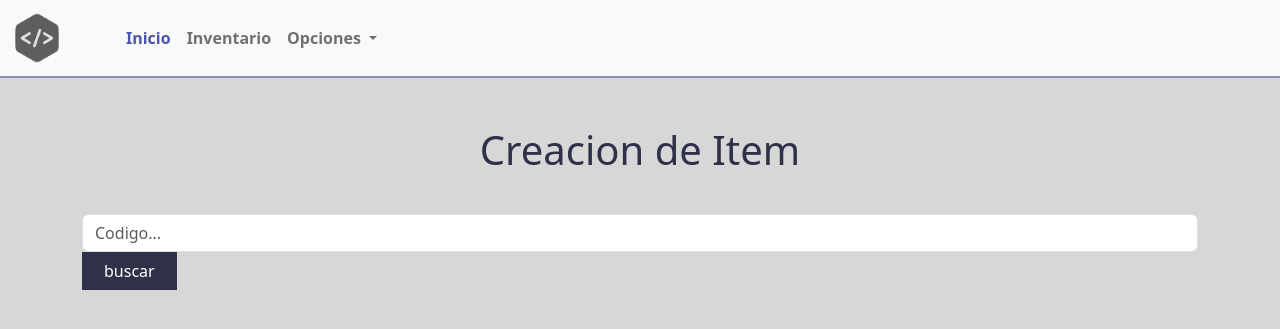
Repository: ingandresmolero/AdministrativoBarber
Page: http://localhost/views/operacion/add_stock.php
These files come from the project's save history. The page is drawn as it stood at one moment and after the next save; the edit follows.
The browser window is 1280 px wide. The pictures show the whole page.
The page is run by PHP 8.4 with error messages shown; the project is at /var/www/html/. The session is filled in as if someone had signed in: {"username": 1, "rol": "master"}. Other server files are loaded and not shown. Style sheets and scripts are compiled from the project's sources, by tool versions that may differ from the author's.

Above is the page before, as saved 2023-05-14 19:00:28.

### NEW/views/operacion/add_stock.php
<?php
include("../../php/functions/validar.php");
include("../../php/dbconn.php");


?>
<!DOCTYPE html>
<html lang="en">

<head>
    <meta charset="UTF-8">
    <meta http-equiv="X-UA-Compatible" content="IE=edge">
    <meta name="viewport" content="width=device-width, initial-scale=1.0">
    <link href="https://cdn.jsdelivr.net/npm/bootstrap@5.3.0-alpha3/dist/css/bootstrap.min.css" rel="stylesheet" integrity="sha384-KK94CHFLLe+nY2dmCWGMq91rCGa5gtU4mk92HdvYe+M/SXH301p5ILy+dN9+nJOZ" crossorigin="anonymous">
    <link rel="icon" type="image/x-icon" href="../../img/favicon.png">
    <link rel="stylesheet" href="../../css/styles.min.css">
    <title>Crear Item</title>

</head>

<body>
    <?php include("../assets/headersintasa.php"); ?>

    <main>
        <div class="container" id="prueba1">
            <h1 class="page-heading">Creacion de Item</h1>
            <form action="" method="post" class="form-style-1">
                <div class="flex-element">

                    <div class="flex-item">
                        <input type="tex" class="form-control" name="codigo" id="" placeholder="Codigo...">
                    </div>
                    <div class="flex-item">
                        <input type="submit" class="btn-style-1" id="buscar" value="buscar" name="buscar">
                    </div>
                </div>

            </form>
            <?php include("../operacion/consultacodigocrear.php");

            ?>
        </div>

    </main>
</body>

<script src="https://cdn.jsdelivr.net/npm/bootstrap@5.3.0-alpha3/dist/js/bootstrap.bundle.min.js" integrity="sha384-ENjdO4Dr2bkBIFxQpeoTz1HIcje39Wm4jDKdf19U8gI4ddQ3GYNS7NTKfAdVQSZe" crossorigin="anonymous">

</script>

<script>
    // let boton = document.getElementById("buscar");
    // boton.addEventListener("click",function(){
    //     document.getElementById("prueba1").setAttribute("class"," visually-hidden");
    // });
</script>

### NEW/php/functions/validar.php
<?php
session_start();
if (!isset($_SESSION['username'])) {
      session_destroy();
    header('location: ../index.php');
}

?>

### NEW/php/dbconn.php
<?php
try{
    $user = "root";
    $passw = "";
    $conn=new PDO("mysql:host=localhost;dbname=gestionsys",$user,$passw);

}catch(PDOException $e){
    print "Error!: " . $e->getMessage()."<br/>";
    die();
}


?>

### NEW/views/assets/headersintasa.php
<nav class="navbar navbar-expand-lg bg-body-tertiary">
  <div class="container-fluid">
    <a class="navbar-brand" href="#"><img src="../media/logo/logo.png" alt="logo"></a>
    <button class="navbar-toggler" type="button" data-bs-toggle="collapse" data-bs-target="#navbarSupportedContent" aria-controls="navbarSupportedContent" aria-expanded="false" aria-label="Toggle navigation">
      <span class="navbar-toggler-icon"></span>
    </button>
    <div class="collapse navbar-collapse" id="navbarSupportedContent">
      <ul class="navbar-nav me-auto mb-2 mb-lg-0">
        <li class="nav-item">
          <a class="nav-link active" aria-current="page" href="../views/dashboard.php">Inicio</a>
        </li>
        <li class="nav-item">
          <a class="nav-link" href="../views/stock.php">Inventario</a>
        </li>
        <li class="nav-item dropdown">
          <a class="nav-link dropdown-toggle" href="#" role="button" data-bs-toggle="dropdown" aria-expanded="false">
            Opciones
          </a>
          <ul class="dropdown-menu">
            <li><a class="dropdown-item" href="../views/operaciones.php">Operaciones</a></li>
            <li><a class="dropdown-item" href="../views/reportes.php">Reportes</a></li>
            <li><hr class="dropdown-divider"></li>
            <li><a class="dropdown-item" href="../views/configuracion.php">Configuracion</a></li>
          </ul>
        </li>

    </div>
  </div>
</nav>

### NEW/views/operacion/consultacodigocrear.php
<?php

include("../../php/dbconn.php");
if (isset($_POST['buscar'])) {;
    $codigo = $_POST['codigo'];

    //Obtienes los datos
    $sql = "SELECT * FROM stock  WHERE codigo = '$codigo'";
    $stmt = $conn->prepare($sql);
    $stmt->execute();
    $out = $stmt->fetch();


    if ($out > 0) {
        echo '
            <div class="card container-sm mt-5">
            <h3>Ya existe el codigo</h3>

            </div>
            ';
    } else {
        echo '
            <div id="test">

                <form action="crearCodigo.php" method="post">
                <div class="row card container-sm p-5 justify-content-center mx-auto">
                <h3>Creacion de Nuevo Codigo: </h3>
                <div class="col-sm">
                    <label for="" class="form-label">Codigo: </label>
                    <input type="text" class="form-control" value="' . $codigo . '" name="codigo2"  >
                </div>
                <div class="col-sm">
                    <label for="" class="form-label">Nombre: </label>
                    <input type="text" class="form-control" name="nombre" id="">
                </div>
                <div class="col-sm">
                    <label for="" class="form-label">Descripcion: </label>
                    <input type="text" class="form-control" name="descripcion" id="">
                </div>
                <div class="row">
                    <div class="col-sm">
                        <label for="" class="form-label">Existencia: </label>
                        <input type="text" class="form-control" name="existencia" id="">
                    </div>
                    <div class="col-sm">
                        <label for="" class="form-label">Unidad: </label>
                        <select class="form-select" name="unidad" id="">
                            <option value="kg">Kilogramos</option>
                            <option value="mt">Metros</option>
                            <option value="carrete">Carrete</option>
                        </select>
                    </div>
                </div>
            <div class="col-sm">
            <label for="" class="form-label">Costo: </label>
            <input type="text" class="form-control" name="costo" id="">
        </div>
        <div class="col-sm mb-3">
            <label for="" class="form-label">Precio: </label>
            <input type="text" class="form-control" name="precio_1" id="">
        </div>
        <input type="submit" name="crear" class="btn btn-primary" value="Crear">
            </div>

                </form>
                </div>

            ';
    }
}

### NEW/scss/styles.scss
@import 'components/header';
@import 'components/elements';
@import 'components/table-style';
@import 'components/buttons';
@import 'components/navigation';
@import 'components/fonts';
@import 'components/login-page';
@import 'components/body';
@import 'components/formularios';
@import 'components/tasa';

### NEW/scss/components/header.scss
@import "variables";

nav {
    border-bottom: 2px solid #8b8eb1;
    .navbar-brand img {
        max-width: 50px;
        display: block;
    }
    a.nav-link {
        color: #0000008c;
        padding: 10px 15px;
        font-size: 16px;
        font-weight: bold;
        &.active,
        &:hover,
        &:focus,
        &:active,
        &.nav-link.show {
            transition: .3s;
            color: $accentColor2 !important;
        }
    }

    .navbar-collapse .dropdown-menu {
        left: -40px;
        border: 1px solid #ddd;
        border-radius: 0;
        padding: 10px;

        li {
            a {
                color: $accentColor2;
                &:hover {
                    transition: .3s;
                    background-color: $primaryColor;
                    color: #fff;
                }
            }
        }
    }

    .navbar-nav {
        @media only screen and (max-width: 991px) {
            text-align: center;
            background-color: #fff;
            border: 1px solid #ddd;
            margin: 0px 40px;
            ul {
                text-align: center;
                border: unset;
            }
        }
    }

    #navbarSupportedContent {
        justify-content: right;
        padding: 0 40px;
    }

    .mobile-menu {
        padding: 5px 10px;
        border-radius: 8px;
        border: 1px solid #b5b5b5 !important;
        box-shadow: rgba(71, 75, 255, 0.075) 0px 8px 12px !important;
    }

    .tasa a {
        @media only screen and (max-width: 480px) {
            font-size: 14px;
            width: 160px;
        }
    }
}

### NEW/scss/components/variables.scss
$primaryColor:#587099;
$lightenPrimary: lighten($primaryColor, 20%) !important;
$accentColor: #2F3148;

$accentColor2: #4c54ad;

### NEW/scss/components/elements.scss
@import "variables";

.elements {
    display: flex;
    margin: 3rem 0;
    justify-content: center;
    flex-direction: column;

    @media (min-width: 767px) {
        //gap: 60px; //30px;
        flex-direction: row;
        margin: 2rem 0;
    }

    .item  {
        transition: .3s;
        width: 230px;
        display: block;
        padding: 46px 0;
        margin: 0 auto;
        text-align: center;
        border: 2px solid #f3f3f3c4;
        box-shadow: rgba(71, 75, 255, 0.075) 0px 2px 3px;
        background: rgb(255, 255, 255);
        text-decoration: none;

        &:hover {
            transform: scale(1.1);
            box-shadow: rgba(71, 75, 255, 0.075) 0px 8px 12px;
        }
        p {
            color: $accentColor;
            font-size: 16px;
            font-weight: bold;
            padding-top: 10px;
        }

        @media only screen and (min-width: 768px) and (max-width: 979px) {
            text-align: center;
        }

        @media only screen and (max-width: 767px) {
            width: 200px;
            margin: 0 auto 30px;

            &:last-child {
                margin-bottom: initial;
            }
        }

        img {
            @media only screen and (max-width: 767px) {
                width: 50px;
            }
        }
    }
}

### NEW/scss/components/table-style.scss
@import "variables";

.table-responsive-sm {
    margin-bottom: 3rem;
}
.table-style {
    margin-top: 2rem;
    box-shadow: 0 0 20px rgba(0, 0, 0, 0.15);
    thead {
        background-color: $accentColor;

        tr th {
            width: 22px;
            max-width: 95px;
            &:first-child {
                border-top-left-radius: 10px;
            }
            &:last-child {
                border-top-right-radius: 10px;
            }

            @media only screen and (max-width: 767px) {
                font-size: 14px;
                text-align: center;
            }
        }
    }

    tr {
        color: #fff;
        line-height: 35px;
    }


    tbody {
        background-color: #fff;
        font-weight: bold;
        th {
            color: $accentColor;
            padding: 12px 10px;
        }

        tr {
            border-radius: unset;
            color: $primaryColor;
            &:hover {
                background-color: #f3f3f3;
                color: $accentColor;
                transition: .3s;
                th {
                    color: $accentColor;
                    transition: .3s;
                }
            }

            .action {
                padding: 12px 0;
            }
        }

        td {
            padding: 12px 10px;
            line-height: 22px;
            vertical-align: baseline;
            @media only screen and (max-width: 767px) {
                text-align: center;
                font-size: 14px;
            }
        }
    }
}

### NEW/scss/components/buttons.scss
@import "variables";
.table-btn {
    background-color: $accentColor;
    border-radius: 30px;
    border: 1px solid $accentColor;
    color: #fff;
    display: inline-block;
    line-height: initial;
    padding: 5px 20px;
    text-decoration: none;
    transition: .3s;
    font-weight: normal;
    &:hover,
    &:active {
        color: #fff;
        background-color: transparent;
        color: $accentColor;
    }

    @media only screen and (max-width: 767px) {
        padding: 5px 14px;
        font-size: 14px;
    }
}

.btn-style-1 {
    background-color: $accentColor;
    border: 1px solid $accentColor;
    color: #fff;
    display: inline-block;
    padding: 7px 21px;
    text-decoration: none;
    transition: .3s;
    margin-bottom: 12px;
    line-height: 22px;
    &:hover,
    &:active {
        border: 1px solid $accentColor;
        background-color: transparent;
        color: $accentColor;
    }
}

.submit-btn {
    background-color: $accentColor;
    border: 1px solid $accentColor;
    color: #fff;
    display: inline-block;
    width: 100%;
    border-radius: 30px;
    height: 36px;
    text-decoration: none;
    transition: .3s;
    margin-bottom: 12px;
    line-height: 22px;
    &:hover,
    &:active {
        border: 1px solid $accentColor;
        background-color: transparent;
        color: #fff;
    }
}

.btn-invert-1 {
    background-color: transparent;
    border: 1px solid $accentColor;
    color: $accentColor;
    display: inline-block;
    padding: 7px 21px;
    text-decoration: none;
    transition: .3s;
    margin-bottom: 12px;
    line-height: 22px;
    &:hover,
    &:active {
        border: 1px solid $accentColor;
        background-color: $accentColor;
        color: #fff;
    }
}

.btn-menu {
    background-color: $accentColor;
    border: 1px solid $accentColor;
    color: #fff;
    display: inline-block;
    width: 100%;
    padding: 5px 0;
    text-decoration: none;
    transition: .3s;
    line-height: 22px;
    margin-top: 10px;
    &:hover,
    &:active {
        background-color: transparent;
        color: $accentColor;
    }

    @media only screen and (max-width: 991px) {
        width: 125px;
    }
}

### NEW/scss/components/navigation.scss
@import "variables";

nav .pagination {
    margin-bottom: 2rem;
    @media (min-width: 768px) {
        display: inline-block !important;
        text-align: center;
        width: 100%;
    }
    @media only screen and (max-width: 767px) {
        justify-content: center;
    }
    & > li {
        white-space: nowrap;
        display: inline-block;
        margin: 0 5px;

        &.active a {
            background-color: $accentColor;
            color: #fff;
            pointer-events: none;
            opacity: 0.89;
        }
        &.disabled a {
            background-color: $accentColor;
            color: #fff;
            opacity: 0.89;
        }
        .page-link {
            color: $accentColor;
            padding: 4px 20px;
            border-radius: 30px !important;
            border: 2px solid $accentColor;
            border-color: $accentColor;
            transition: .3s;
            &:hover {
               background-color: $accentColor;
               color: #fff;
            }
        }
    }

    .pnum {
        @media only screen and (max-width: 767px) {
            display: none;
        }
    }
}

### NEW/scss/components/fonts.scss
@import "variables";

.page-heading {
    padding: 3rem 0 2rem;
    text-align: center;
    color: $accentColor;
}

### NEW/scss/components/login-page.scss
@import "variables";

#login-page {
    background: rgb(47,49,72);
    background: linear-gradient(90deg, rgba(47,49,72,1) 4%, rgba(88,112,153,1) 50%, rgba(47,49,72,1) 94%);
    position: relative;
    background-color: #eee;
    height: 200px;

    .box {
        position: fixed;
        top: 50%;
        left: 50%;
        transform: translate(-50%, -50%);
        width: fit-content;
        min-width: 270px;
        margin: 0 auto;
        background-color: rgba(255,255,255,.09);
        padding: 20px 40px 30px;
        text-align: center;
        border-radius: 16px;
        box-shadow: 0 4px 30px rgba(0, 0, 0, 0.1);
        backdrop-filter: blur(5px);
        -webkit-backdrop-filter: blur(5px);
        border: 1px solid rgba(255, 255, 255, 0.3);

        p {
            font-size: 18px;
            color: white;
        }
    }

    .box form {
        margin-bottom: 0 !important;
        width: fit-content;

        .user input,
        .password input {
            margin-bottom: 20px;
        }
    }
}

### NEW/scss/components/body.scss
body {
    background-color: #d7d7d7;
}

### NEW/scss/components/formularios.scss
@import "variables";

.form-style-1 {

}

### NEW/scss/components/tasa.scss
@import "variables";

#tasa {

    main {
        margin: 3rem 0;
    }
}

After the next save:
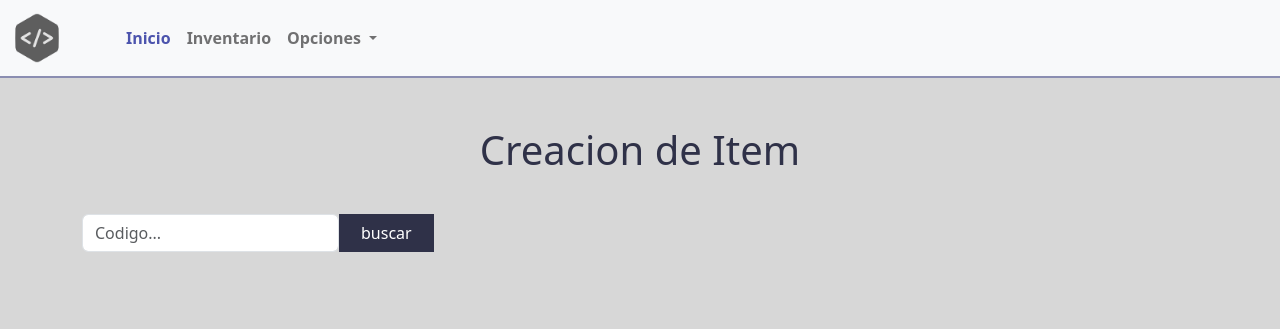
Saved 15 s later.
--- a/NEW/scss/components/formularios.scss
+++ b/NEW/scss/components/formularios.scss
@@ -1,5 +1,7 @@
 @import "variables";
 
 .form-style-1 {
-
+    .flex-element {
+        display: flex;
+    }
 }
